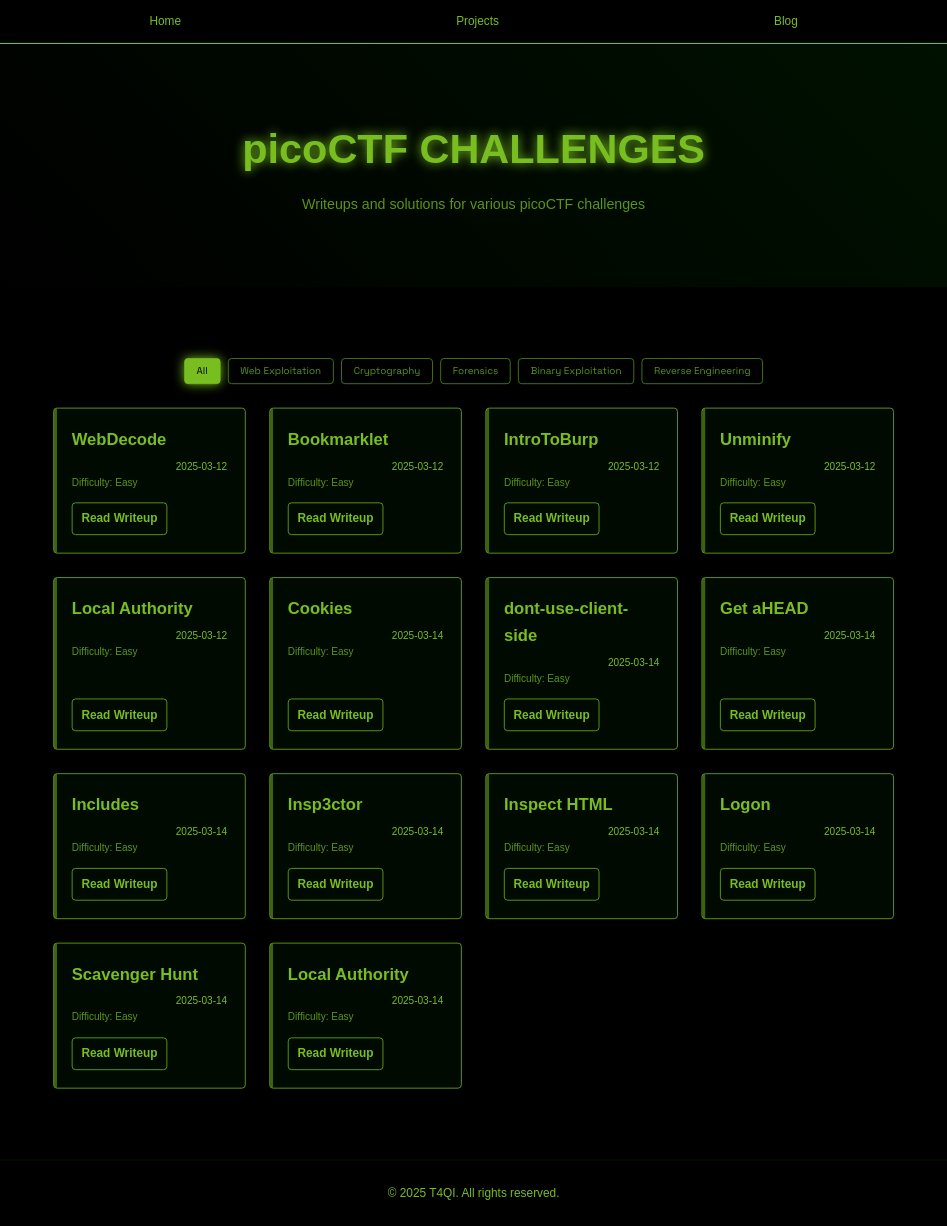
Repository: mohamedsoliman-tq/Website
Page: blogs/picoCTF/picoCTF.html
These files come from the project's save history. The page is drawn as it stood at one moment and after a run of saves; the edit follows.
The browser window is 1280 px wide. The pictures show the whole page, at 74% of full size.

Above is the page before, as saved 2025-03-14 02:53:27.

### blogs/picoCTF/picoCTF.html
<!DOCTYPE html>
<html lang="en">
<head>
    <meta charset="UTF-8">
    <meta name="viewport" content="width=device-width, initial-scale=1.0">
    <title>picoCTF Blogs | T4QI</title>
    <link href="https://fonts.googleapis.com/css2?family=Space+Grotesk:wght@300;400;700&display=swap" rel="stylesheet">
    <link rel="icon" type="image/x-icon" href="/assets/favicon.ico">
    <link rel="apple-touch-icon" sizes="180x180" href="/assets/ficon.png">
    <link rel="stylesheet" href="/css/base.css">
    <link rel="stylesheet" href="/css/navigation.css">
    <link rel="stylesheet" href="/css/hero.css">
    <link rel="stylesheet" href="/css/sections.css">
    <link rel="stylesheet" href="/css/utilities.css">
    <link rel="stylesheet" href="/css/platforms.css">
</head>
<body>
    <nav>
        <ul>
            <li><a href="/">Home</a></li>
            <li><a href="/Projects.html">Projects</a></li>
            <li><a href="/Blogs.html">Blog</a></li>
        </ul>
    </nav>

    <div class="hero">
        <div class="container">
            <h1>picoCTF CHALLENGES</h1>
            <p>Writeups and solutions for various picoCTF challenges</p>
        </div>
    </div>

    <section class="section">
        <div class="container">
            <div class="category-tabs">
                <button class="category-tab active" data-category="all">All</button>
                <button class="category-tab" data-category="web">Web Exploitation</button>
                <button class="category-tab" data-category="crypto">Cryptography</button>
                <button class="category-tab" data-category="forensics">Forensics</button>
                <button class="category-tab" data-category="binary">Binary Exploitation</button>
                <button class="category-tab" data-category="reverse">Reverse Engineering</button>
            </div>

            <div class="blog-posts">
                <!-- Web Exploitation Challenges -->
                <div class="blog-card" data-category="web">
                    <h3>WebDecode</h3>
                    <span class="blog-date">2025-03-12</span>
                    <span class="blog-difficulty">Difficulty: Easy</span>
                    <a href="/blogs/picoCTF/WebDecode.html" class="read-more">Read Writeup</a>
                </div>

                <div class="blog-card" data-category="web">
                    <h3>Bookmarklet</h3>
                    <span class="blog-date">2025-03-12</span>
                    <span class="blog-difficulty">Difficulty: Easy</span>
                    <a href="/blogs/picoCTF/bookmarklet.html" class="read-more">Read Writeup</a>
                </div>

                <div class="blog-card" data-category="web">
                    <h3>IntroToBurp</h3>
                    <span class="blog-date">2025-03-12</span>
                    <span class="blog-difficulty">Difficulty: Easy</span>
                    <a href="/blogs/picoCTF/introburp.html" class="read-more">Read Writeup</a>
                </div>

                <div class="blog-card" data-category="web">
                    <h3>Unminify</h3>
                    <span class="blog-date">2025-03-12</span>
                    <span class="blog-difficulty">Difficulty: Easy</span>
                    <a href="/blogs/picoCTF/Unminify.html" class="read-more">Read Writeup</a>
                </div>

                <div class="blog-card" data-category="web">
                    <h3>Local Authority</h3>
                    <span class="blog-date">2025-03-12</span>
                    <span class="blog-difficulty">Difficulty: Easy</span>
                    <a href="/blogs/picoCTF/localauth.html" class="read-more">Read Writeup</a>
                </div>

                <div class="blog-card" data-category="web">
                    <h3>Cookies</h3>
                    <span class="blog-date">2025-03-14</span>
                    <span class="blog-difficulty">Difficulty: Easy</span>
                    <a href="/blogs/picoCTF/Cookies.html" class="read-more">Read Writeup</a>
                </div>

                <div class="blog-card" data-category="web">
                    <h3>dont-use-client-side</h3>
                    <span class="blog-date">2025-03-14</span>
                    <span class="blog-difficulty">Difficulty: Easy</span>
                    <a href="/blogs/picoCTF/dont-use-client-side.html" class="read-more">Read Writeup</a>
                </div>

                <div class="blog-card" data-category="web">
                    <h3>Get aHEAD</h3>
                    <span class="blog-date">2025-03-14</span>
                    <span class="blog-difficulty">Difficulty: Easy</span>
                    <a href="/blogs/picoCTF/get-ahead.html" class="read-more">Read Writeup</a>
                </div>

                <div class="blog-card" data-category="web">
                    <h3>Includes</h3>
                    <span class="blog-date">2025-03-14</span>
                    <span class="blog-difficulty">Difficulty: Easy</span>
                    <a href="/blogs/picoCTF/Includes.html" class="read-more">Read Writeup</a>
                </div>

                <div class="blog-card" data-category="web">
                    <h3>Insp3ctor</h3>
                    <span class="blog-date">2025-03-14</span>
                    <span class="blog-difficulty">Difficulty: Easy</span>
                    <a href="/blogs/picoCTF/Insp3ctor.html" class="read-more">Read Writeup</a>
                </div>

                <div class="blog-card" data-category="web">
                    <h3>Inspect HTML</h3>
                    <span class="blog-date">2025-03-14</span>
                    <span class="blog-difficulty">Difficulty: Easy</span>
                    <a href="/blogs/picoCTF/Inspect-Html.html" class="read-more">Read Writeup</a>
                </div>

                <div class="blog-card" data-category="web">
                    <h3>Logon</h3>
                    <span class="blog-date">2025-03-14</span>
                    <span class="blog-difficulty">Difficulty: Easy</span>
                    <a href="/blogs/picoCTF/logon.html" class="read-more">Read Writeup</a>
                </div>

                <div class="blog-card" data-category="web">
                    <h3>Scavenger Hunt</h3>
                    <span class="blog-date">2025-03-14</span>
                    <span class="blog-difficulty">Difficulty: Easy</span>
                    <a href="/blogs/picoCTF/Scavenger-hunt.html" class="read-more">Read Writeup</a>
                </div>

                <div class="blog-card" data-category="web">
                    <h3>Local Authority</h3>
                    <span class="blog-date">2025-03-14</span>
                    <span class="blog-difficulty">Difficulty: Easy</span>
                    <a href="/blogs/picoCTF/localauth.html" class="read-more">Read Writeup</a>
                </div>

                <!-- Cryptography Challenges -->


                <!-- Forensics Challenges -->


                <!-- Binary Exploitation Challenges -->


                <!-- Reverse Engineering Challenges -->

            </div>
        </div>
    </section>

    <footer>
        <p>© 2025 T4QI. All rights reserved.</p>
    </footer>

    <script>
        // Simple category filter functionality
        document.addEventListener('DOMContentLoaded', function() {
            const categoryTabs = document.querySelectorAll('.category-tab');
            const blogCards = document.querySelectorAll('.blog-card');

            categoryTabs.forEach(tab => {
                tab.addEventListener('click', function() {
                    // Remove active class from all tabs
                    categoryTabs.forEach(t => t.classList.remove('active'));

                    // Add active class to clicked tab
                    this.classList.add('active');

                    // Get selected category
                    const category = this.getAttribute('data-category');

                    // Filter blog cards
                    blogCards.forEach(card => {
                        if (category === 'all' || card.getAttribute('data-category') === category) {
                            card.style.display = 'block';
                        } else {
                            card.style.display = 'none';
                        }
                    });
                });
            });
        });
    </script>
</body>
</html>

### css/base.css
@import url('https://fonts.googleapis.com/css2?family=Space+Grotesk:wght@300;400;700&display=swap');

:root {
    --primary-black: #000000;
    --green-accent: #78BE20;
    --dark-green: #5a9419;
}

* {
    margin: 0;
    padding: 0;
    box-sizing: border-box;
    font-family: 'Space+Grotesk', sans-serif;
}

body {
    background-color: var(--primary-black);
    color: var(--green-accent);
    line-height: 1.6;
}

.container {
    max-width: 1200px;
    margin: 0 auto;
    padding: 2rem;
}

.section {
    padding: 4rem 0;
    border-bottom: 1px solid #001a00;
}

### css/navigation.css
nav {
    background: rgba(0, 0, 0, 0.95);
    padding: 1rem;
    position: sticky;
    top: 0;
    border-bottom: 2px solid var(--green-accent);
    z-index: 100;
}

nav ul {
    display: flex;
    justify-content: space-around;
    list-style: none;
}

nav a {
    color: var(--green-accent);
    text-decoration: none;
    padding: 0.5rem 1rem;
    transition: all 0.3s;
}

nav a:hover {
    color: var(--dark-green);
    text-shadow: 0 0 10px var(--green-accent);
}

@media (max-width: 768px) {
    nav ul {
        flex-direction: column;
        align-items: center;
    }

    nav li {
        margin: 0.5rem 0;
    }
}

### css/hero.css
.hero {
    text-align: center;
    padding: 4rem 0;
    background: linear-gradient(45deg, var(--primary-black), #001100);
}

.hero h1 {
    font-size: 3.5rem;
    margin-bottom: 1rem;
    color: var(--green-accent);
    text-shadow: 0 0 15px var(--green-accent);
}

.hero p {
    color: var(--dark-green);
    font-size: 1.2rem;
}

@media (max-width: 768px) {
    .hero h1 {
        font-size: 2.5rem;
    }
}

### css/sections.css
.skills-grid {
    display: grid;
    grid-template-columns: repeat(auto-fit, minmax(250px, 1fr));
    gap: 2rem;
    margin-top: 2rem;
}

.skill-card, .project-card, .blog-card {
    background: #000a00;
    padding: 1.5rem;
    border-radius: 5px;
    border: 1px solid var(--green-accent);
    transition: transform 0.3s ease;
}

.skill-card:hover, .project-card:hover, .blog-card:hover {
    transform: scale(1.05);
    box-shadow: 0 0 15px var(--green-accent);
}

.projects, .blog-posts {
    display: grid;
    grid-template-columns: repeat(auto-fit, minmax(250px, 1fr));
    gap: 2rem;
    margin-top: 2rem;
}

.project-card h3, .blog-card h3 {
    color: var(--green-accent);
    margin-bottom: 0.75rem;
}

.project-card p, .blog-card p {
    color: var(--dark-green);
    margin-bottom: 0.5rem;
}

.blog-date {
    color: var(--green-accent);
    font-size: 0.85rem;
    display: block;
    text-align: right;
}

.contact-grid {
    display: grid;
    grid-template-columns: 1fr 1fr;
    gap: 2rem;
    align-items: center;
}

.social-links {
    background: #000a00;
    padding: 1.5rem;
    border: 1px solid var(--green-accent);
    border-radius: 8px;
}

.social-links h3 {
    color: var(--green-accent);
    margin-bottom: 1rem;
    text-align: center;
}

.social-icons {
    display: flex;
    flex-direction: column;
    gap: 1rem;
}

.social-icon {
    color: var(--green-accent);
    text-decoration: none;
    padding: 0.5rem 1rem;
    border: 1px solid var(--green-accent);
    text-align: center;
    transition: all 0.3s ease;
}

.social-icon:hover {
    background-color: var(--green-accent);
    color: var(--primary-black);
    box-shadow: 0 0 15px var(--green-accent);
}

.read-more {
    display: inline-block;
    margin-top: 10px;
    padding: 8px 12px;
    font-size: 1rem;
    font-weight: bold;
    color: var(--green-accent);
    text-decoration: none;
    border: 1px solid var(--green-accent);
    border-radius: 5px;
    transition: all 0.3s ease;
}

.read-more:hover {
    background-color: var(--green-accent);
    color: var(--primary-black);
    box-shadow: 0 0 10px var(--green-accent);
}


@media (max-width: 768px) {
    .projects, .blog-posts, .contact-grid {
        grid-template-columns: 1fr;
    }
}

/* Add this to your sections.css file */

/* Category tabs for filtering */
.category-tabs {
    display: flex;
    flex-wrap: wrap;
    gap: 10px;
    margin-bottom: 2rem;
    justify-content: center;
}

.category-tab {
    background: transparent;
    color: var(--dark-green);
    border: 1px solid var(--dark-green);
    border-radius: 5px;
    padding: 8px 16px;
    cursor: pointer;
    transition: all 0.3s ease;
    font-family: 'Space Grotesk', sans-serif;
}

.category-tab:hover {
    border-color: var(--green-accent);
    color: var(--green-accent);
    box-shadow: 0 0 10px rgba(120, 190, 32, 0.2);
}

.category-tab.active {
    background-color: var(--green-accent);
    color: var(--primary-black);
    border-color: var(--green-accent);
    box-shadow: 0 0 15px var(--green-accent);
}

/* Blog card enhancements */
.blog-card {
    display: flex;
    flex-direction: column;
    height: 100%;
    position: relative;
    overflow: hidden;
}

.blog-card::before {
    content: '';
    position: absolute;
    top: 0;
    left: 0;
    width: 4px;
    height: 100%;
    background: var(--green-accent);
    opacity: 0.5;
}

.blog-card h3 {
    font-size: 1.4rem;
    margin-bottom: 0.5rem;
}

.blog-difficulty {
    color: var(--dark-green);
    font-size: 0.85rem;
    display: block;
    margin-bottom: 1rem;
}

.blog-card .read-more {
    margin-top: auto;
    align-self: flex-start;
}

/* Responsive adjustments */
@media (max-width: 768px) {
    .category-tabs {
        flex-direction: column;
        align-items: center;
    }

    .category-tab {
        width: 100%;
        text-align: center;
    }
}

### css/utilities.css
footer {
    text-align: center;
    padding: 2rem;
    color: var(--green-accent);
}

.hidden {
    display: none;
}

.visible {
    display: block;
}

### css/platforms.css
/* Platform grid layout */
.platform-grid {
    display: grid;
    grid-template-columns: repeat(auto-fit, minmax(250px, 1fr));
    gap: 2rem;
    margin-top: 2rem;
}

/* Platform card styling */
.platform-card {
    background: #000a00;
    padding: 1.5rem;
    border-radius: 5px;
    border: 1px solid var(--green-accent);
    transition: all 0.3s ease;
    position: relative;
    overflow: hidden;
    cursor: pointer;
    text-align: center;
    display: block;
    text-decoration: none;
    color: inherit;
}

.platform-card h3 {
    color: var(--green-accent);
    margin-bottom: 0.75rem;
    position: relative;
    z-index: 2;
}

.platform-card p {
    color: var(--dark-green);
    margin-bottom: 0.5rem;
    position: relative;
    z-index: 2;
}

/* Glow effect */
.platform-glow {
    position: absolute;
    bottom: -50px;
    left: 0;
    width: 100%;
    height: 50px;
    background: var(--green-accent);
    filter: blur(20px);
    opacity: 0.2;
    transition: all 0.3s ease;
}

/* Hover effects */
.platform-card:hover {
    transform: translateY(-5px);
    box-shadow: 0 0 15px var(--green-accent);
    cursor: pointer;
}

.platform-card:hover .platform-glow {
    opacity: 0.5;
    bottom: -30px;
}

/* Responsive adjustments */
@media (max-width: 768px) {
    .platform-grid {
        grid-template-columns: 1fr;
    }
}

After the next 2 saves:
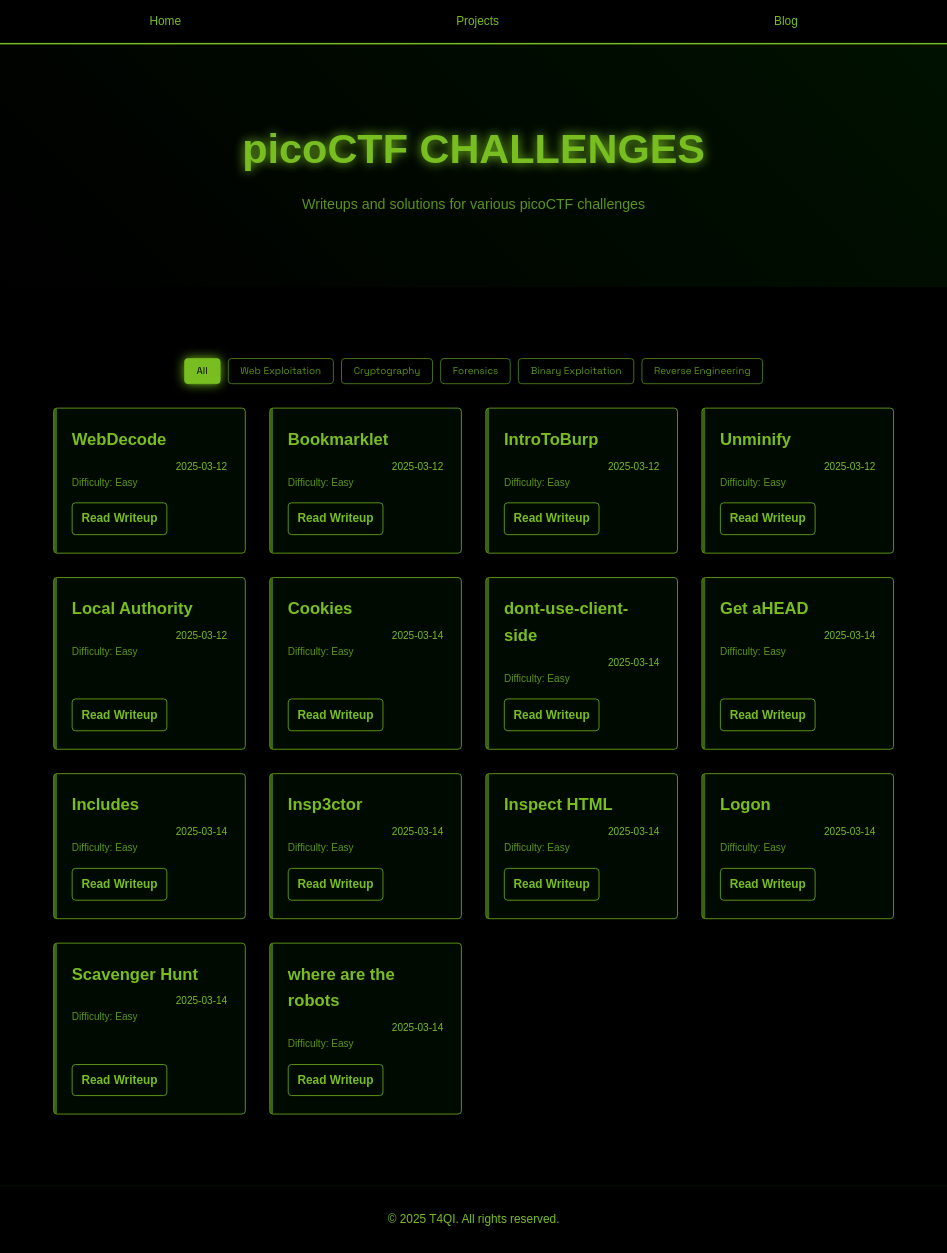
The 2 saves are shown as one change because they came seconds apart.
The last was saved 22 s later.
--- a/blogs/picoCTF/picoCTF.html
+++ b/blogs/picoCTF/picoCTF.html
@@ -135,7 +135,7 @@
                 </div>
 
                 <div class="blog-card" data-category="web">
-                    <h3>Local Authority</h3>
+                    <h3>where are the robots                    </h3>
                     <span class="blog-date">2025-03-14</span>
                     <span class="blog-difficulty">Difficulty: Easy</span>
                     <a href="/blogs/picoCTF/localauth.html" class="read-more">Read Writeup</a>
